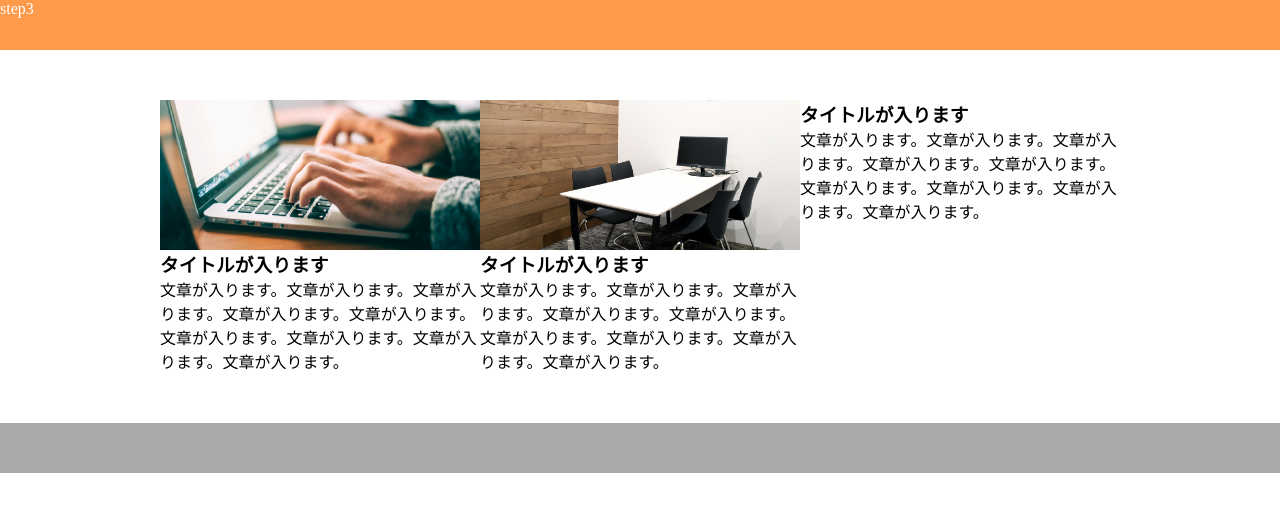
Repository: YuraTajima/DMM-all
Page: chapter9/chapter9.html
The author's editor kept a record of every edit. The page is drawn from the files as they stood at one moment, then again after the next edit.
The browser window is 1280 px wide. The pictures show the whole page.

Above is the page before.

After the next edit:
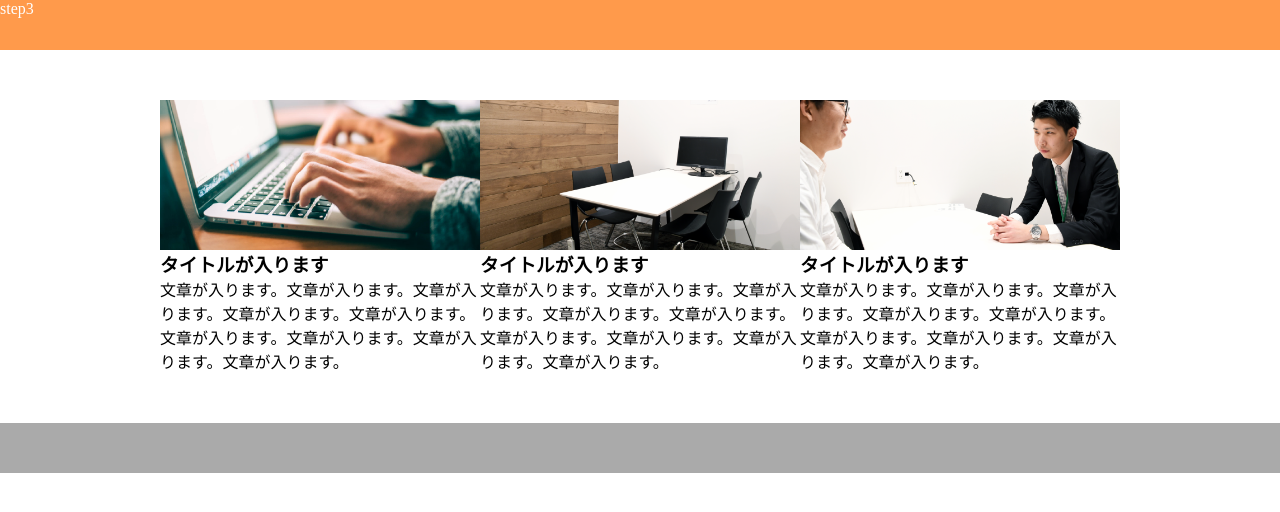
The edit:
--- a/chapter9/chapter9.html
+++ b/chapter9/chapter9.html
@@ -50,6 +50,8 @@
 
       <div class="box3">
 
+        <div class="box3-image"></div>
+
         <span class="step">step3</span>
 
         <h3>タイトルが入ります</h3>
